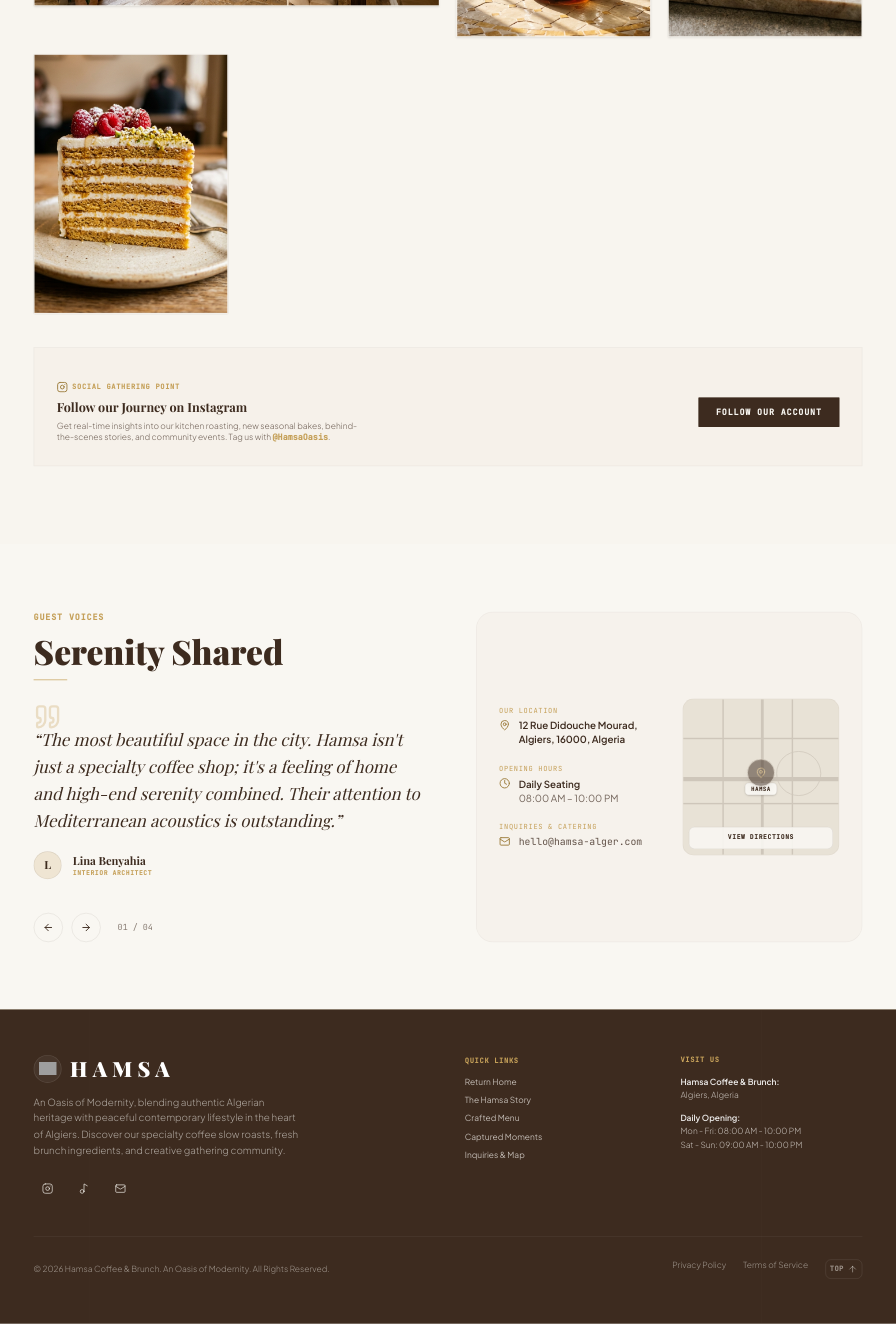
Repository: sehabiissam/hamsa-coffee
Page: /
An editor plug-in stored every save of this project. The page is shown before and after the next save, followed by the edit.
The browser window is 1280 px wide. The pictures show the part of the page from y = 3740 to 5660 px (the page is 5631 px tall before and 5660 px after), at 70% of full size.
Pictures or frames that could not be fetched are drawn as grey boxes. Some web fonts or font styles are not loaded; a fallback is used. The project was rebuilt for these pictures with package versions that can differ from the ones it lists, and the page was loaded fresh each time. Also part of the build but not shown: vite.config.ts, src/components/ContactSection.tsx.

Above is the page before, as saved 2026-06-13 18:07:40.

### index.html
<!doctype html>
<html lang="en">
  <head>
    <meta charset="UTF-8" />
    <meta name="viewport" content="width=device-width, initial-scale=1.0" />
    <meta name="description" content="Hamsa Coffee & Brunch – An Oasis of Modernity in Algeria. Specialty coffee, artisan brunch, and a peaceful sanctuary for community and connection." />
    <meta property="og:title" content="Hamsa Coffee & Brunch | Algeria" />
    <meta property="og:description" content="Experience the premium fusion of traditional Algerian warmth and modern brunch excellence. Specialty coffee, artisan dishes, and a sanctuary for connection." />
    <meta property="og:type" content="website" />
    <meta property="og:url" content="https://hamsacoffee.com" />
    <meta property="og:image" content="https://www.image2url.com/r2/default/images/1781256952135-5d06d409-8c73-4a11-b0ec-98f0924d08d3.png" />
    <link rel="icon" type="image/png" href="https://www.image2url.com/r2/default/images/1781256952135-5d06d409-8c73-4a11-b0ec-98f0924d08d3.png" />
    <title>Hamsa Coffee & Brunch | A Modern Oasis of Hospitality</title>
    <script type="application/ld+json">
    {
      "@context": "https://schema.org",
      "@type": "Restaurant",
      "name": "Hamsa Coffee & Brunch",
      "image": "https://www.image2url.com/r2/default/images/1781256952135-5d06d409-8c73-4a11-b0ec-98f0924d08d3.png",
      "url": "https://hamsacoffee.com",
      "telephone": "+213542734809",
      "servesCuisine": ["Coffee", "Brunch", "Algerian", "Mediterranean"],
      "priceRange": "$$",
      "address": {
        "@type": "PostalAddress",
        "addressLocality": "Algiers",
        "addressCountry": "DZ"
      },
      "geo": {
        "@type": "GeoCoordinates",
        "latitude": "36.1618602",
        "longitude": "1.3284987"
      }
    }
    </script>
  </head>
  <body>
    <div id="root"></div>
    <script type="module" src="/src/main.tsx"></script>
  </body>
</html>

### src/main.tsx
import {StrictMode} from 'react';
import {createRoot} from 'react-dom/client';
import App from './App.tsx';
import './index.css';

createRoot(document.getElementById('root')!).render(
  <StrictMode>
    <App />
  </StrictMode>,
);

### src/index.css
@import url('https://fonts.googleapis.com/css2?family=Playfair+Display:ital,wght@0,400..900;1,400..900&family=Plus+Jakarta+Sans:wght@300;400;500;600;700&family=JetBrains+Mono:wght@300;400;500&display=swap');
@import "tailwindcss";

@layer base {
  :root {
    --color-cream: #F9F7F2;
    --color-beige: #E8E2D6;
    --color-sand: rgba(61, 43, 31, 0.1);
    --color-sand-dark: #C5A059;
    --color-espresso: #3D2B1F;
    --color-charcoal: #1A1A1A;
    --color-gold: #C5A059;
    --color-gold-light: #F0E9DC;
  }

  body {
    background-color: var(--color-cream);
    color: var(--color-espresso);
    font-family: 'Plus Jakarta Sans', sans-serif;
    overflow-x: hidden;
  }

  h1, h2, h3, h4, h5, h6 {
    font-family: 'Playfair Display', serif;
  }

  .font-mono {
    font-family: 'JetBrains Mono', monospace;
  }
}

@theme {
  --font-sans: "Plus Jakarta Sans", ui-sans-serif, system-ui, sans-serif;
  --font-serif: "Playfair Display", ui-serif, Georgia, serif;
  --font-mono: "JetBrains Mono", ui-monospace, SFMono-Regular, monospace;

  --color-cream: #F9F7F2;
  --color-beige: #E8E2D6;
  --color-sand: rgba(61, 43, 31, 0.1);
  --color-sand-dark: #C5A059;
  --color-espresso: #3D2B1F;
  --color-charcoal: #1A1A1A;
  --color-gold: #C5A059;
  --color-gold-muted: #9C7C3C;
  --color-gold-light: #F0E9DC;
}

/* Custom scrollbar to keep layout premium */
::-webkit-scrollbar {
  width: 6px;
}
::-webkit-scrollbar-track {
  background: #FDFBF7;
}
::-webkit-scrollbar-thumb {
  background: #C6AC8F;
  border-radius: 3px;
}
::-webkit-scrollbar-thumb:hover {
  background: #2C1A11;
}

/* Smooth motion elements */
.smooth-transition {
  transition: all 0.5s cubic-bezier(0.16, 1, 0.3, 1);
}

/* Soft gold glow */
.gold-glow {
  box-shadow: 0 0 15px rgba(212, 175, 55, 0.15);
}

.gold-border {
  border-color: rgba(212, 175, 55, 0.2);
}

/* Infinite Marquee Scrolling */
@keyframes marquee {
  0% { transform: translateX(0); }
  100% { transform: translateX(-50%); }
}

.animate-marquee {
  display: flex;
  width: max-content;
  animation: marquee 35s linear infinite;
}

### src/components/Features.tsx
/**
 * @license
 * SPDX-License-Identifier: Apache-2.0
 */

import { Coffee, GraduationCap, Compass, HelpCircle, Heart, Zap, Sparkles } from 'lucide-react';
import { motion } from 'motion/react';

export default function Features() {
  const cards = [
    {
      icon: Coffee,
      title: 'Direct Trade Beans',
      desc: 'We buy directly from high-altitude farmers in North Africa, East Africa, and Latin America, paying an average of 45% above Fair Trade rates to ensure ethical crops and unmatched micro-lot quality.',
    },
    {
      icon: Zap,
      title: 'Creative Hub',
      desc: 'An inspiring, sunlit environment meticulously arranged for modern nomads and creative minds. Features high-speed fiber-optic connections, abundant charging docks, and quiet acoustic zones.',
    },
    {
      icon: Compass,
      title: 'Sensory Design',
      desc: 'From custom-engineered acoustics that dampen chatter noise, to signature diffuses of orange blossom and jasmine oil, every corner is curated to provide a centering rest space.',
    },
  ];

  return (
    <section className="relative py-20 lg:py-24 bg-espresso text-cream overflow-hidden">
      {/* Tiny light particles background */}
      <div className="absolute inset-0 bg-[radial-gradient(ellipse_at_center,_var(--tw-gradient-stops))] from-charcoal/30 via-transparent to-transparent pointer-events-none" />

      {/* Traditional tile geometry lines in the background */}
      <div className="absolute top-0 bottom-0 left-0 right-0 opacity-[0.02] bg-[linear-gradient(rgba(253,251,247,0.1)_1px,transparent_1px),linear-gradient(90deg,rgba(253,251,247,0.1)_1px,transparent_1px)] bg-[size:48px_48px] pointer-events-none" />

      <div className="max-w-7xl mx-auto px-6 md:px-12 relative z-10">

        <div className="grid grid-cols-1 lg:grid-cols-12 gap-12 items-center">

          {/* Left block title */}
          <div className="lg:col-span-4 text-left space-y-4">
            <span className="font-mono text-xs text-gold tracking-widest uppercase font-semibold flex items-center gap-2">
              <Sparkles className="w-3.5 h-3.5" /> Est. 2024
            </span>
            <h2 className="font-serif text-3xl sm:text-4xl lg:text-5xl font-black text-white leading-tight">
              Why We Are <br />
              <span className="text-gold italic font-normal">Different</span>
            </h2>
            <p className="text-cream/70 text-sm md:text-base font-light leading-relaxed">
              Our uncompromising commitment to exceptional craftsmanship goes far beyond basic roasting. We cultivate an upscale space where North African culture and sensory modern luxury intersect beautifully.
            </p>
          </div>

          {/* Right cards grid */}
          <div className="lg:col-span-8 grid grid-cols-1 md:grid-cols-3 gap-6">
            {cards.map((card, idx) => {
              const IconComp = card.icon;
              return (
                <motion.div
                  key={idx}
                  initial={{ opacity: 0, y: 30 }}
                  whileInView={{ opacity: 1, y: 0 }}
                  viewport={{ once: true, margin: '-50px' }}
                  transition={{ duration: 0.6, delay: idx * 0.15 }}
                  className="bg-charcoal/40 border border-sand/10 p-6 md:p-8 rounded-2xl text-left hover:border-gold/30 hover:bg-charcoal/60 smooth-transition flex flex-col justify-between group h-full relative"
                >
                  {/* Glowing gold dot trend */}
                  <div className="absolute top-4 right-4 w-1.5 h-1.5 rounded-full bg-gold/10 group-hover:bg-gold opacity-0 group-hover:opacity-100 smooth-transition" />

                  <div className="space-y-4">
                    <div className="w-12 h-12 bg-cream/5 rounded-xl border border-sand/10 text-gold flex items-center justify-center group-hover:bg-gold group-hover:text-espresso smooth-transition">
                      <IconComp className="w-5 h-5" />
                    </div>
                    <h3 className="font-serif text-lg font-bold text-white group-hover:text-gold smooth-transition">
                      {card.title}
                    </h3>
                    <p className="text-cream/60 group-hover:text-cream/90 text-xs md:text-sm leading-relaxed font-light smooth-transition">
                      {card.desc}
                    </p>
                  </div>
                </motion.div>
              );
            })}
          </div>

        </div>

      </div>
    </section>
  );
}

### src/components/MobileDock.tsx
/**
 * @license
 * SPDX-License-Identifier: Apache-2.0
 */

import { Home, Coffee, Image, MapPin, ShoppingBag } from 'lucide-react';
import { Page } from '../types';

interface MobileDockProps {
  currentPage: Page;
  setCurrentPage: (page: Page) => void;
  onOpenOrder: () => void;
}

export default function MobileDock({ currentPage, setCurrentPage, onOpenOrder }: MobileDockProps) {
  const dockItems: { label: string; page: Page; icon: any }[] = [
    { label: 'HOME', page: 'home', icon: Home },
    { label: 'MENU', page: 'menu', icon: Coffee },
    { label: 'GALLERY', page: 'gallery', icon: Image },
    { label: 'CONTACT', page: 'contact', icon: MapPin },
  ];

  const handleDockClick = (page: Page) => {
    setCurrentPage(page);
    window.scrollTo({ top: 0, behavior: 'smooth' });
  };

  return (
    <div className="md:hidden fixed bottom-6 left-4 right-4 z-40 bg-charcoal/95 backdrop-blur-md border border-white/10 rounded-2xl p-3 px-4 shadow-2xl flex justify-between items-center max-w-md mx-auto">
      {/* Home & Menu Left Actions */}
      <div className="flex gap-4 items-center w-5/12 justify-around">
        {dockItems.slice(0, 2).map(item => {
          const IconComp = item.icon;
          const isActive = currentPage === item.page;
          return (
            <button
              key={item.page}
              onClick={() => handleDockClick(item.page)}
              className="flex flex-col items-center gap-1 cursor-pointer"
            >
              <IconComp className={`w-5 h-5 smooth-transition ${isActive ? 'text-gold' : 'text-cream/55'}`} />
              <span className={`text-[8px] font-mono tracking-widest font-bold ${isActive ? 'text-gold' : 'text-cream/40'}`}>
                {item.label}
              </span>
            </button>
          );
        })}
      </div>

      {/* Raised Centerpiece Gilded Order Button */}
      <div className="absolute -top-5 left-1/2 -translate-x-1/2 flex flex-col items-center z-10">
        <button
          onClick={onOpenOrder}
          className="w-14 h-14 bg-cream text-espresso rounded-full border-4 border-charcoal hover:border-gold shadow-lg flex items-center justify-center p-3 cursor-pointer group smooth-transition active:scale-95"
          aria-label="Place your order"
        >
          <ShoppingBag className="w-5 h-5 text-gold-muted group-hover:scale-105 smooth-transition" />
        </button>
        <span className="text-[7px] font-mono tracking-widest font-black text-gold uppercase mt-1">
          ORDER
        </span>
      </div>

      {/* Spacer so floating button doesn't block text labels */}
      <div className="w-2/12" />

      {/* Gallery & Contact Right Actions */}
      <div className="flex gap-4 items-center w-5/12 justify-around">
        {dockItems.slice(2).map(item => {
          const IconComp = item.icon;
          const isActive = currentPage === item.page;
          return (
            <button
              key={item.page}
              onClick={() => handleDockClick(item.page)}
              className="flex flex-col items-center gap-1 cursor-pointer"
            >
              <IconComp className={`w-5 h-5 smooth-transition ${isActive ? 'text-gold' : 'text-cream/55'}`} />
              <span className={`text-[8px] font-mono tracking-widest font-bold ${isActive ? 'text-gold' : 'text-cream/40'}`}>
                {item.label}
              </span>
            </button>
          );
        })}
      </div>
    </div>
  );
}

### src/components/Footer.tsx
/**
 * @license
 * SPDX-License-Identifier: Apache-2.0
 */

import { Page } from '../types';
import { ArrowUp, Instagram, Music2, Mail, Sparkles } from 'lucide-react';
import { IMAGE_HAMSA_LOGO } from '../data';

interface FooterProps {
  setCurrentPage: (page: Page) => void;
}

export default function Footer({ setCurrentPage }: FooterProps) {
  const handleNav = (page: Page) => {
    setCurrentPage(page);
    window.scrollTo({ top: 0, behavior: 'smooth' });
  };

  const handleScrollTop = () => {
    window.scrollTo({ top: 0, behavior: 'smooth' });
  };

  return (
    <footer className="bg-espresso text-cream border-t border-sand-dark/15 pt-16 pb-24 md:pb-16 relative overflow-hidden text-left">
      {/* Decorative vertical lines */}
      <div className="absolute top-0 bottom-0 left-[10%] w-[1px] bg-white/[0.02] pointer-events-none" />
      <div className="absolute top-0 bottom-0 right-[15%] w-[1px] bg-white/[0.02] pointer-events-none" />

      <div className="max-w-7xl mx-auto px-6 md:px-12 relative z-10 space-y-12">
        <div className="grid grid-cols-1 md:grid-cols-4 gap-12">

          {/* Logo & Philosophy */}
          <div className="space-y-4 md:col-span-2 max-w-sm">
            <div className="flex items-center gap-3">
              <div className="w-10 h-10 rounded-full border border-white/10 overflow-hidden flex items-center justify-center p-1.5 bg-white/5">
                <img
                  src={IMAGE_HAMSA_LOGO}
                  alt="Hamsa logo icon"
                  className="w-full h-full object-contain"
                  referrerPolicy="no-referrer"
                />
              </div>
              <span className="font-serif text-3xl font-black text-white tracking-[0.25em]">HAMSA</span>
            </div>
            <p className="text-cream/60 text-xs md:text-sm font-light leading-relaxed">
              An Oasis of Modernity, blending authentic Algerian heritage with peaceful contemporary lifestyle in the heart of Algiers. Discover our specialty coffee slow roasts, fresh brunch ingredients, and creative gathering community.
            </p>

            {/* Social links */}
            <div className="flex gap-3 pt-2">
              <a
                href="https://www.instagram.com/hamsa_coffee_brunch/"
                target="_blank"
                rel="noreferrer"
                className="w-10 h-10 rounded-full border border-sand/15 hover:border-gold hover:bg-gold hover:text-espresso flex items-center justify-center smooth-transition text-cream/70"
                aria-label="Hamsa Coffee Instagram"
              >
                <Instagram className="w-4 h-4" />
              </a>
              <a
                href="https://www.tiktok.com/@hamsa.coffee.brunch"
                target="_blank"
                rel="noreferrer"
                className="w-10 h-10 rounded-full border border-sand/15 hover:border-gold hover:bg-gold hover:text-espresso flex items-center justify-center smooth-transition text-cream/70"
                aria-label="Hamsa Coffee TikTok"
              >
                <Music2 className="w-4 h-4" />
              </a>
              <a
                href="mailto:hello@hamsa-alger.com"
                className="w-10 h-10 rounded-full border border-sand/15 hover:border-gold hover:bg-gold hover:text-espresso flex items-center justify-center smooth-transition text-cream/70"
                aria-label="Email Hamsa cafe team"
              >
                <Mail className="w-4 h-4" />
              </a>
            </div>
          </div>

          {/* Quick shortcuts links */}
          <div className="space-y-4">
            <h4 className="font-mono text-[10px] text-gold tracking-widest uppercase font-semibold">Quick Links</h4>
            <div className="flex flex-col gap-2.5 text-xs text-cream/70">
              <button onClick={() => handleNav('home')} className="hover:text-gold text-left smooth-transition cursor-pointer">
                Return Home
              </button>
              <button onClick={() => handleNav('about')} className="hover:text-gold text-left smooth-transition cursor-pointer">
                The Hamsa Story
              </button>
              <button onClick={() => handleNav('menu')} className="hover:text-gold text-left smooth-transition cursor-pointer">
                Crafted Menu
              </button>
              <button onClick={() => handleNav('gallery')} className="hover:text-gold text-left smooth-transition cursor-pointer">
                Captured Moments
              </button>
              <button onClick={() => handleNav('contact')} className="hover:text-gold text-left smooth-transition cursor-pointer">
                Inquiries & Map
              </button>
            </div>
          </div>

          {/* Location info */}
          <div className="space-y-4 text-xs">
            <h4 className="font-mono text-[10px] text-gold tracking-widest uppercase font-semibold">Visit Us</h4>
            <address className="not-italic space-y-3 font-light text-cream/70 leading-relaxed">
              <p>
                <span className="font-semibold block text-white/90">Hamsa Coffee & Brunch:</span>
                Algiers, Algeria
              </p>
              <p>
                <span className="font-semibold block text-white/90">Daily Opening:</span>
                Mon - Fri: 08:00 AM - 10:00 PM <br />
                Sat - Sun: 09:00 AM - 10:00 PM
              </p>
            </address>
          </div>

        </div>

        {/* Bottom index bar */}
        <div className="pt-8 border-t border-white/[0.06] flex flex-col sm:flex-row justify-between items-center gap-6 text-xs text-cream/50 font-light">
          <div>
            <span>&copy; 2026 Hamsa Coffee &amp; Brunch. An Oasis of Modernity. All Rights Reserved.</span>
          </div>

          <div className="flex gap-6">
            <a href="#privacy" className="hover:text-gold smooth-transition">Privacy Policy</a>
            <a href="#terms" className="hover:text-gold smooth-transition">Terms of Service</a>

            <button
              onClick={handleScrollTop}
              className="p-1.5 border border-white/10 hover:border-gold hover:bg-gold hover:text-espresso rounded-lg smooth-transition cursor-pointer hidden md:flex items-center gap-1.5 text-[10px] font-mono tracking-wider uppercase font-black"
            >
              Top <ArrowUp className="w-3.5 h-3.5" />
            </button>
          </div>
        </div>
      </div>
    </footer>
  );
}

Loaded but not shown: src/components/MenuSection.tsx (371 lines, source omitted); src/components/OrderModal.tsx (413 lines, source omitted); src/data.ts (290 lines, source omitted); src/components/GallerySection.tsx (226 lines, source omitted); src/components/Hero.tsx (204 lines, source omitted); src/components/Testimonials.tsx (175 lines, source omitted); src/components/Navbar.tsx (182 lines, source omitted); src/App.tsx (185 lines, source omitted); src/components/About.tsx (107 lines, source omitted)

After the next save:
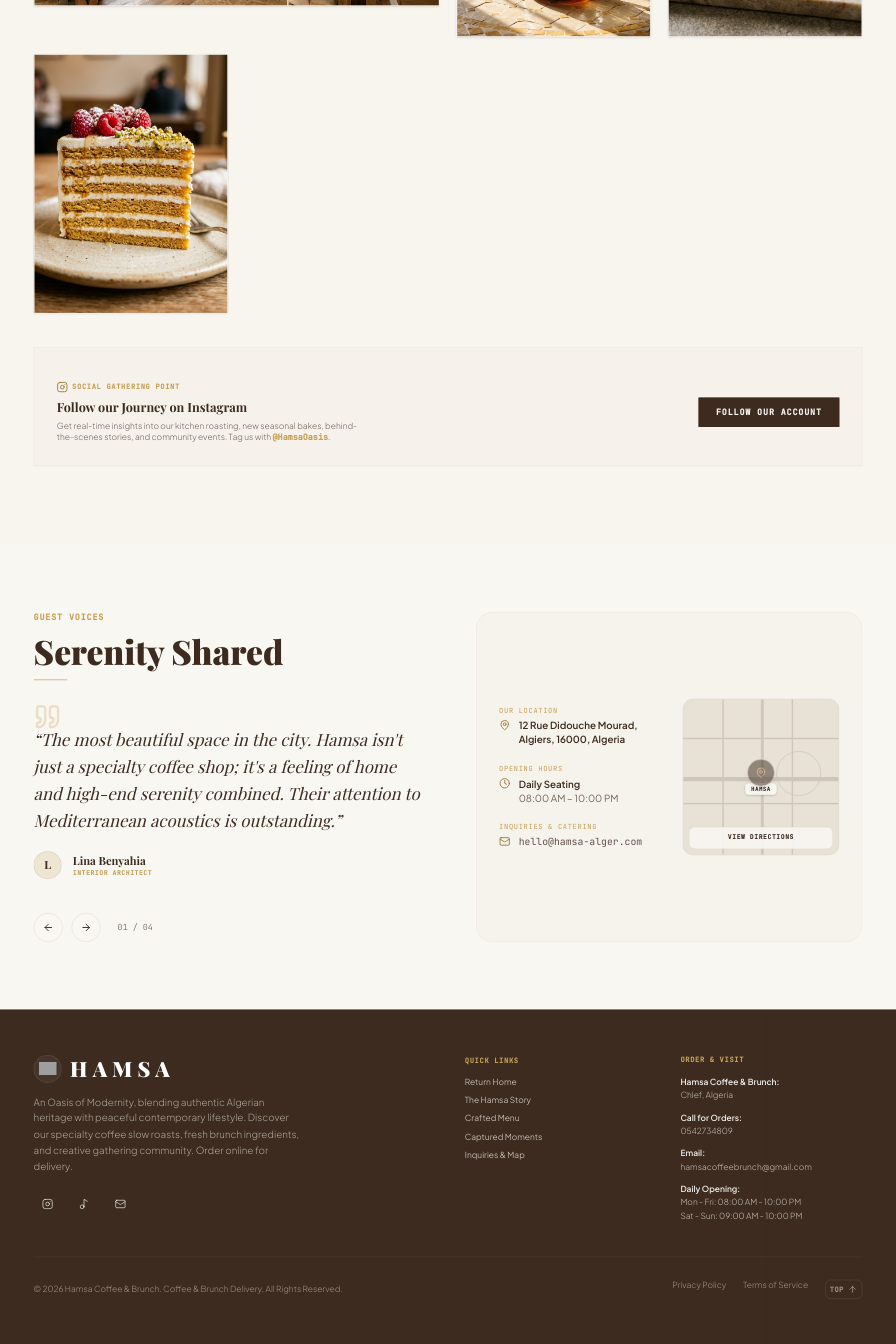
Saved 2 min 39 s later.
--- a/src/components/Footer.tsx
+++ b/src/components/Footer.tsx
@@ -44,7 +44,7 @@
               <span className="font-serif text-3xl font-black text-white tracking-[0.25em]">HAMSA</span>
             </div>
             <p className="text-cream/60 text-xs md:text-sm font-light leading-relaxed">
-              An Oasis of Modernity, blending authentic Algerian heritage with peaceful contemporary lifestyle in the heart of Algiers. Discover our specialty coffee slow roasts, fresh brunch ingredients, and creative gathering community.
+              An Oasis of Modernity, blending authentic Algerian heritage with peaceful contemporary lifestyle. Discover our specialty coffee slow roasts, fresh brunch ingredients, and creative gathering community. Order online for delivery.
             </p>
 
             {/* Social links */}
@@ -68,7 +68,7 @@
                 <Music2 className="w-4 h-4" />
               </a>
               <a
-                href="mailto:hello@hamsa-alger.com"
+                href="mailto:hamsacoffeebrunch@gmail.com"
                 className="w-10 h-10 rounded-full border border-sand/15 hover:border-gold hover:bg-gold hover:text-espresso flex items-center justify-center smooth-transition text-cream/70"
                 aria-label="Email Hamsa cafe team"
               >
@@ -101,11 +101,19 @@
 
           {/* Location info */}
           <div className="space-y-4 text-xs">
-            <h4 className="font-mono text-[10px] text-gold tracking-widest uppercase font-semibold">Visit Us</h4>
+            <h4 className="font-mono text-[10px] text-gold tracking-widest uppercase font-semibold">Order & Visit</h4>
             <address className="not-italic space-y-3 font-light text-cream/70 leading-relaxed">
               <p>
                 <span className="font-semibold block text-white/90">Hamsa Coffee & Brunch:</span>
-                Algiers, Algeria
+                Chlef, Algeria
+              </p>
+              <p>
+                <span className="font-semibold block text-white/90">Call for Orders:</span>
+                <a href="tel:0542734809" className="hover:text-gold smooth-transition">0542734809</a>
+              </p>
+              <p>
+                <span className="font-semibold block text-white/90">Email:</span>
+                <a href="mailto:hamsacoffeebrunch@gmail.com" className="hover:text-gold smooth-transition">hamsacoffeebrunch@gmail.com</a>
               </p>
               <p>
                 <span className="font-semibold block text-white/90">Daily Opening:</span>
@@ -120,7 +128,7 @@
         {/* Bottom index bar */}
         <div className="pt-8 border-t border-white/[0.06] flex flex-col sm:flex-row justify-between items-center gap-6 text-xs text-cream/50 font-light">
           <div>
-            <span>&copy; 2026 Hamsa Coffee &amp; Brunch. An Oasis of Modernity. All Rights Reserved.</span>
+            <span>&copy; 2026 Hamsa Coffee & Brunch. Coffee & Brunch Delivery. All Rights Reserved.</span>
           </div>
 
           <div className="flex gap-6">
